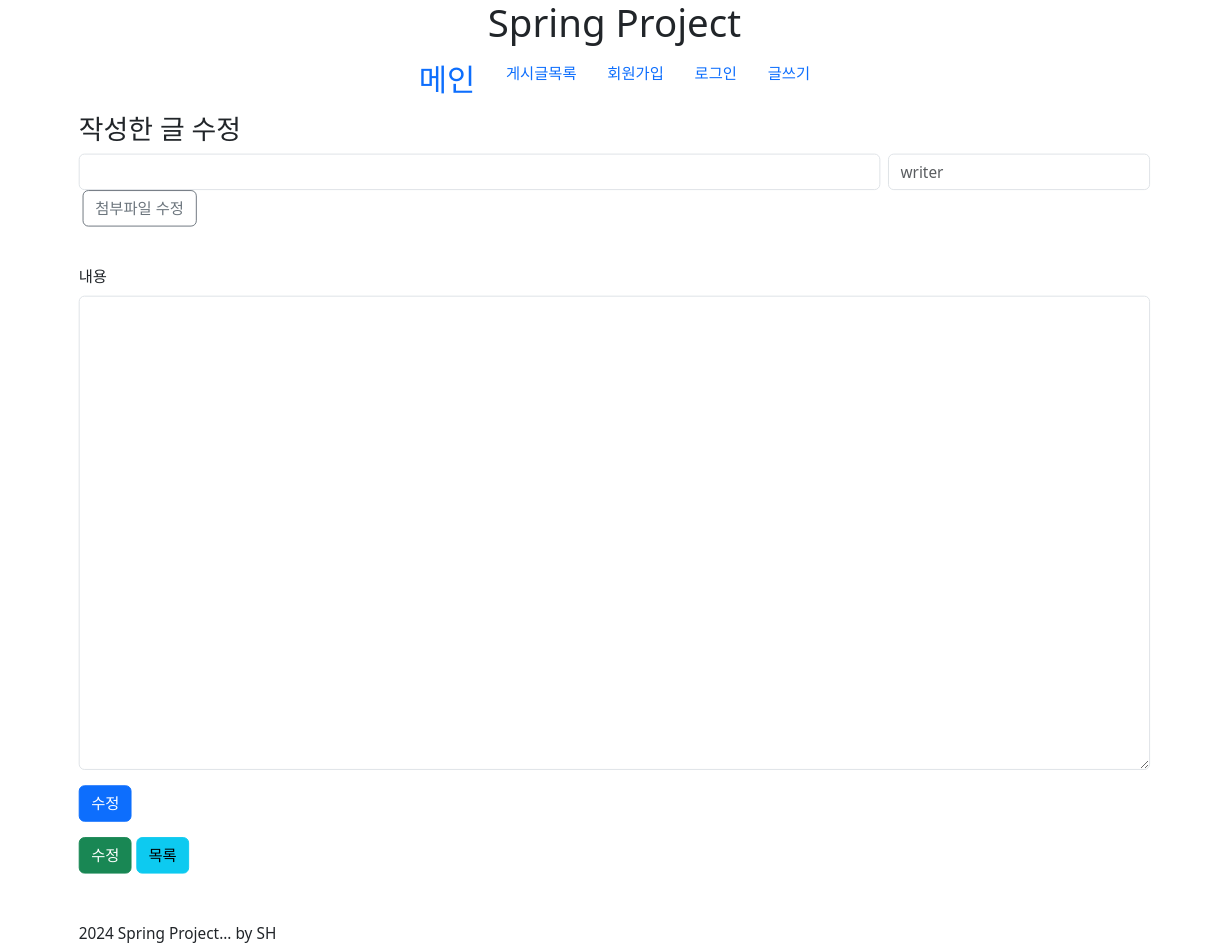
Repository: dtkd19/spring_personal_project
Page: http://localhost/myproject/WEB-INF/views/board/modify.jsp
The author's editor kept a copy of each file at every save. The page is drawn from the files as they stood at one save, then again after the next save.
The browser window is 1280 px wide. The pictures show the whole page, at 96% of full size.
The page is served by Tomcat 9. Nobody is signed in. The template is opened directly, without the code that normally fills it, so the values that code supplies are empty.

Above is the page before, as saved 2024-11-08 00:46:42.

After the next save:
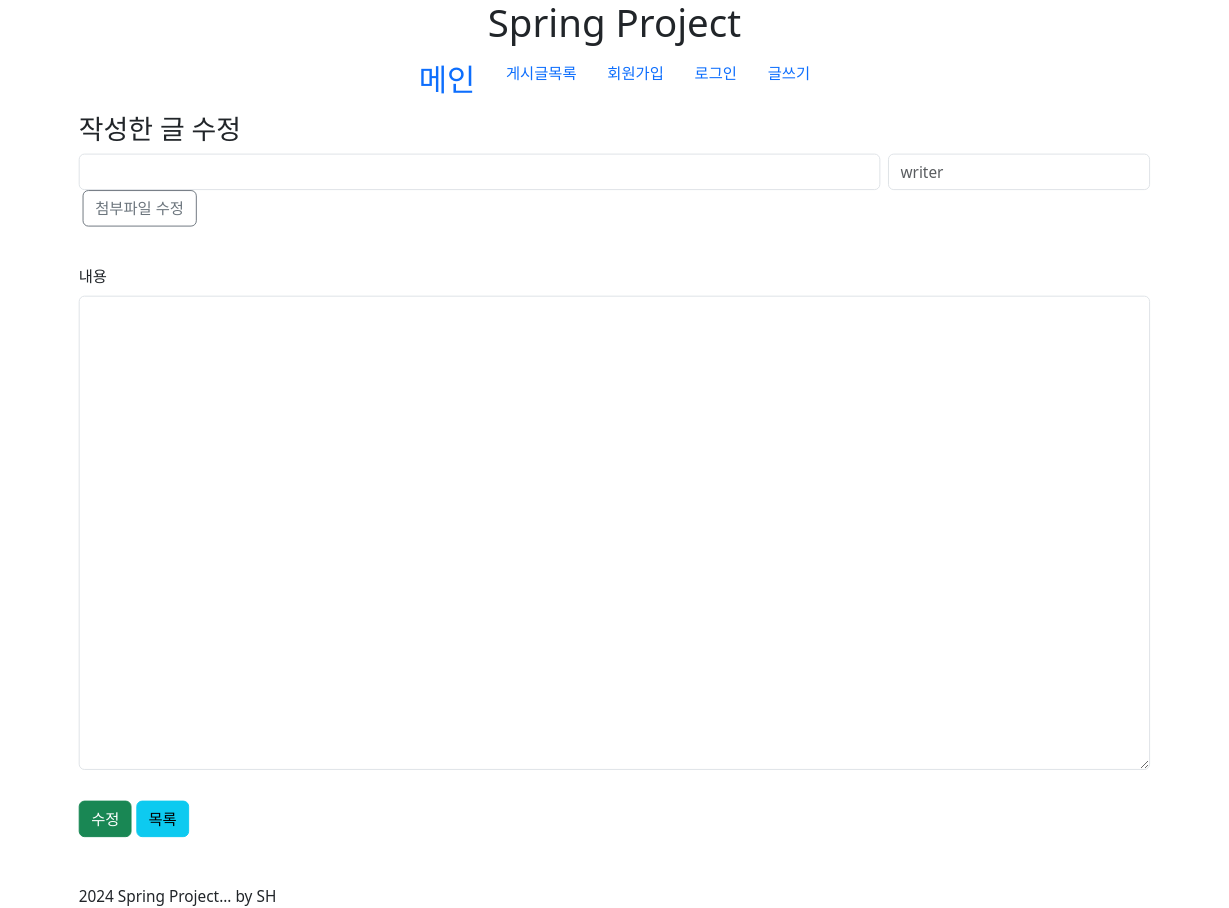
Saved 9 s later.
--- a/myproject/src/main/webapp/WEB-INF/views/board/modify.jsp
+++ b/myproject/src/main/webapp/WEB-INF/views/board/modify.jsp
@@ -30,8 +30,6 @@
 			<textarea class="form-control" id="c" rows="20" cols="5"
 				name="content" >${bvo.content }</textarea>
 		</div>
-		<button type="submit" class="btn btn-primary" id="regBtn">수정</button>
-
 		<c:set value="${bdto.flist }" var="flist"></c:set>
 		<div class="mb-3">
 			<ul class="list-group list-group-flush">
